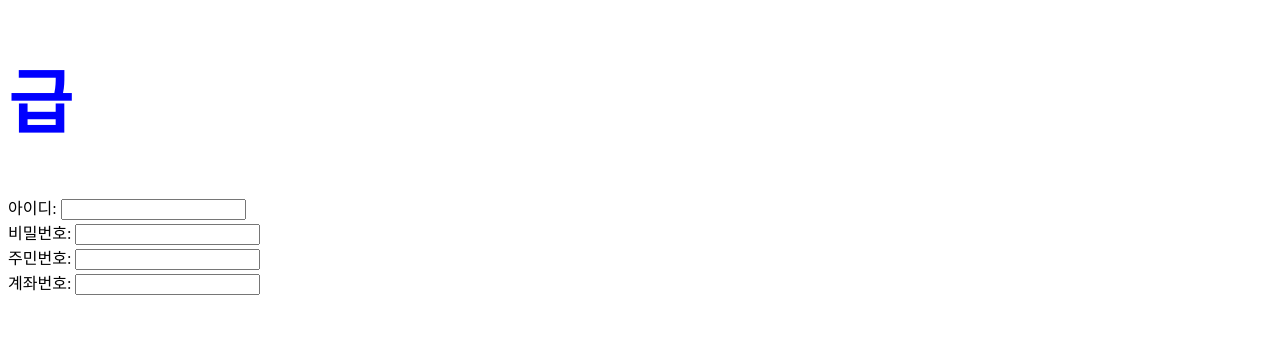
Repository: keeka2/webPractice
Page: MyStudy/HTML_Study/work/0821/WebContent/ex8_form.html
An editor plug-in stored every save of this project. The page is shown before and after the next save, followed by the edit.
The browser window is 1280 px wide. The pictures show the whole page.

Above is the page before, as saved 2020-08-21 08:08:22.

After the next save:
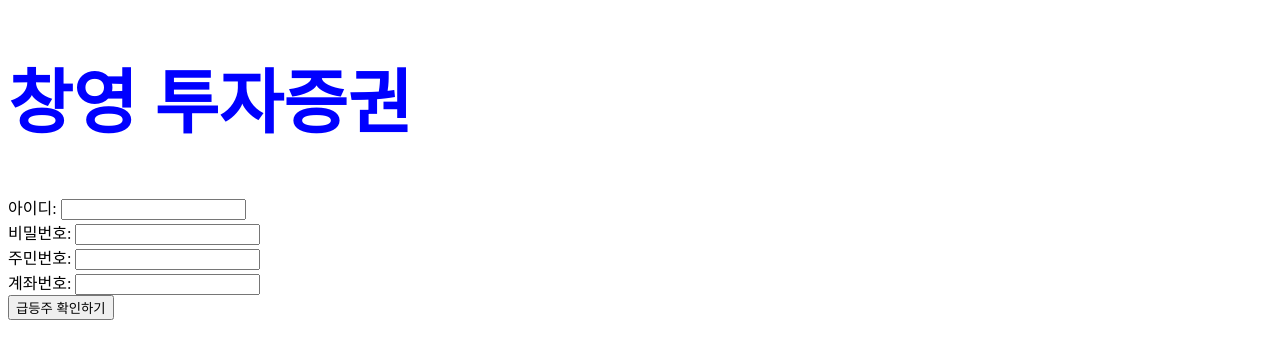
Saved 94 s later.
--- a/MyStudy/HTML_Study/work/0821/WebContent/ex8_form.html
+++ b/MyStudy/HTML_Study/work/0821/WebContent/ex8_form.html
@@ -13,7 +13,7 @@
 </head>
 <body>
 	<header>
-		<h1>급</h1>
+		<h1>창영 투자증권</h1>
 	</header>
 	<label for="s_id">아이디: </label>
 	<input type="text" id="s_id" name="id"/><br/>
@@ -23,6 +23,12 @@
 	<input type="text" id="s_num" name="num"/><br/>
 	<label for="s_account">계좌번호: </label>
 	<input type="text" id="s_account" name="account"/><br/>
+	<input type="button" value="급등주 확인하기" onclick="test()"/>
 
 </body>
+<script>
+	function test(){
+		alert("꺼억");
+	}
+</script>
 </html>
